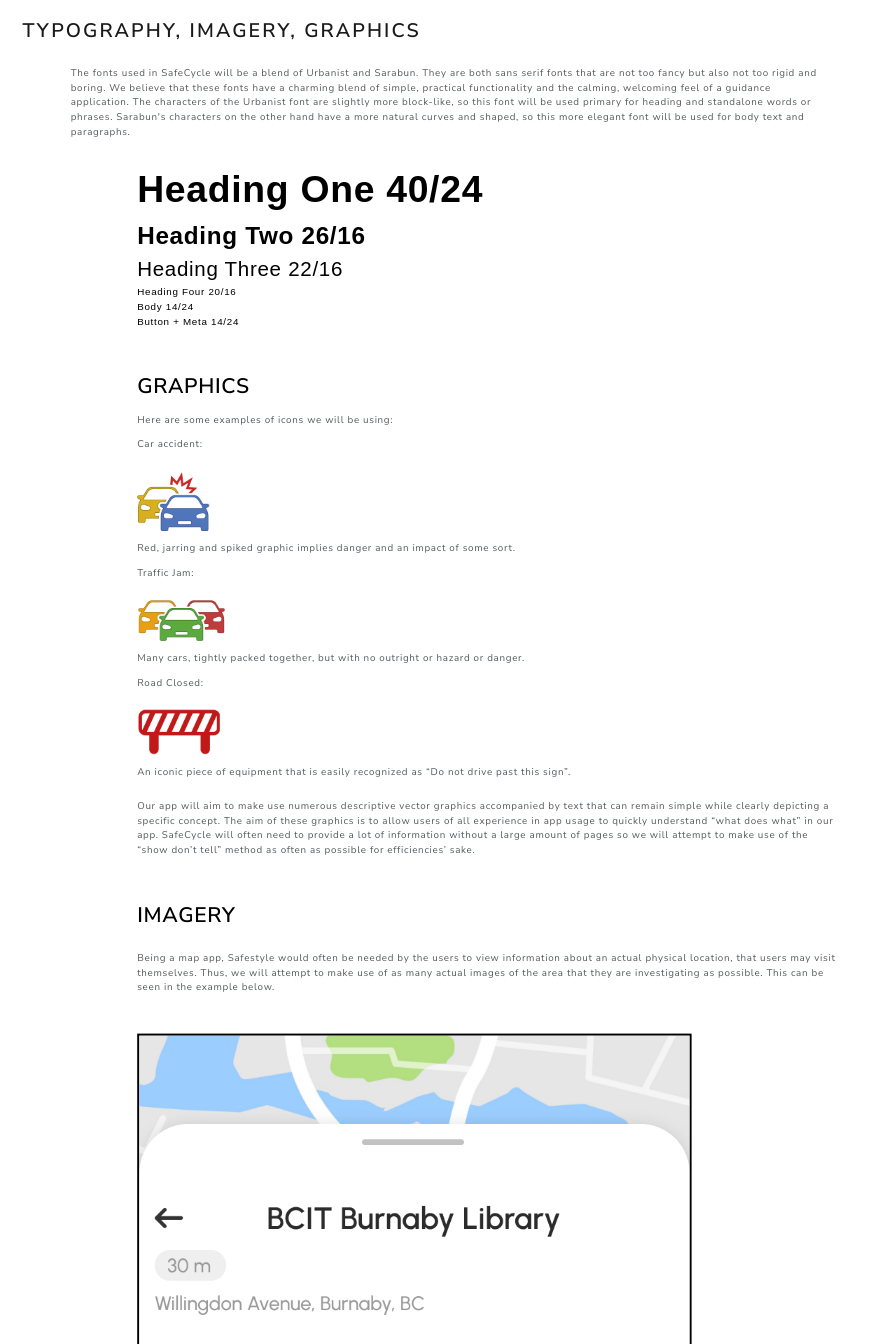
Repository: Aladdin3r/safecycle-styleguide
Page: /
The author's editor kept a copy of each file at every save. The page is drawn from the files as they stood at one save, then again after the next save.
The browser window is 1280 px wide. The pictures show the part of the page from y = 2491 to 4411 px (the page is 5808 px tall), at 70% of full size.
The project was rebuilt for these pictures with package versions that can differ from the ones it lists, and the page was loaded fresh each time. The framework's server and built-in components were replaced by stand-ins that run in the browser. Also part of the build but not shown: next.config.mjs.

Above is the page before, as saved 2024-04-09 22:50:05.

After the next save:
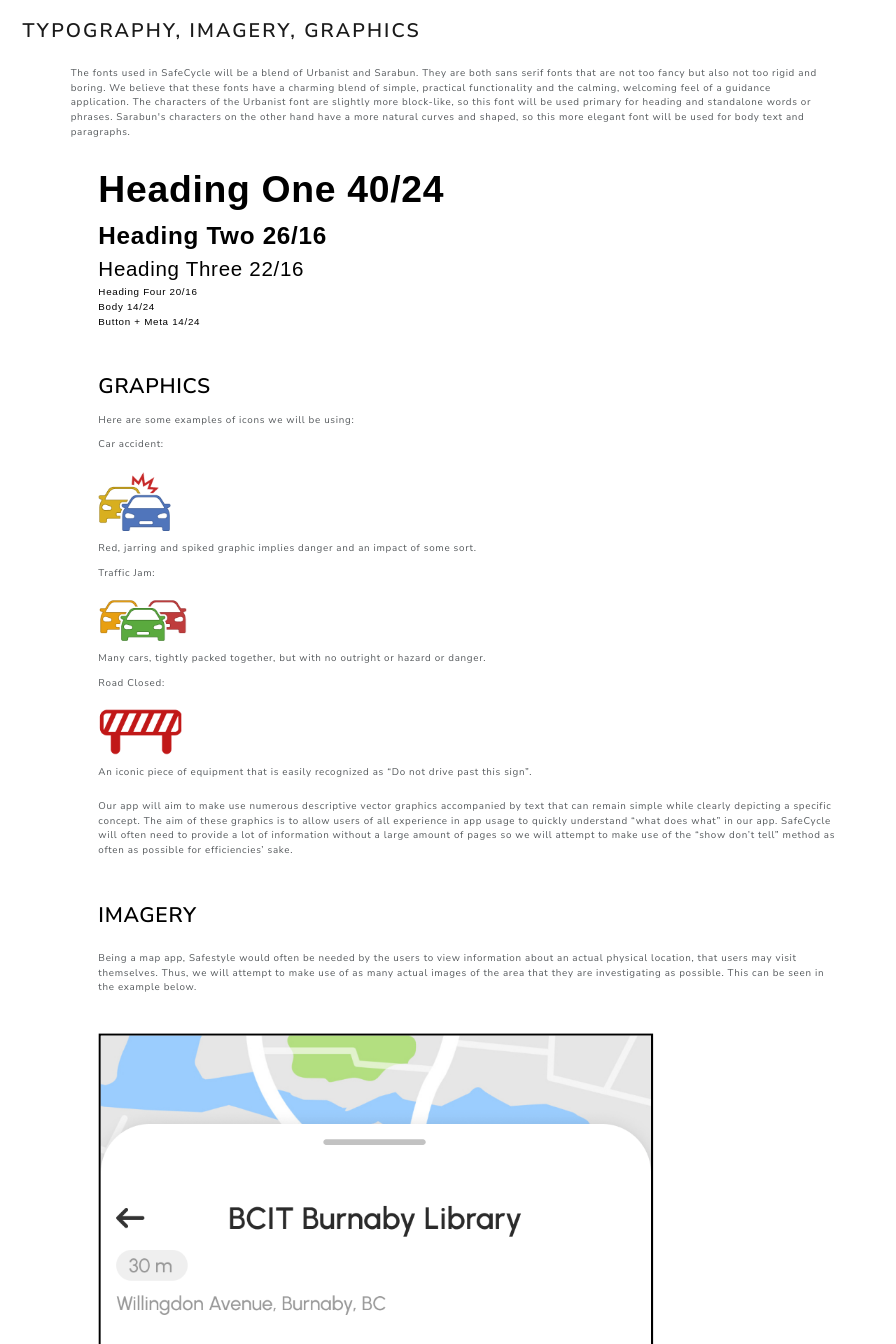
Saved 95 s later.
--- a/styles/Home.module.css
+++ b/styles/Home.module.css
@@ -12,7 +12,7 @@
 
 .typo_desc{
   /* margin-left: -14.5em; */
-  margin-left: 10%;
+  margin-left: 5%;
 
 }
 .h1Typo {
@@ -22,7 +22,7 @@
   font-weight: 900;
   color: black;
   /* margin-left: -4em; */
-  margin-left: 10%;
+  margin-left: 5%;
 }
 .h2Typo {
   font-family: "Urbanist", sans-serif;
@@ -31,7 +31,7 @@
   font-weight: 600;
   color: black;
   /* margin-left: -6em; */
-  margin-left: 10%;
+  margin-left: 5%;
 }
 .h3Typo {
   font-family: "Urbanist", sans-serif;
@@ -40,7 +40,7 @@
   font-weight: 500;
   color: black;
   /* margin-left: -7em; */
-  margin-left: 10%;
+  margin-left: 5%;
 }
 .h4Typo {
   font-family: "Urbanist", sans-serif;
@@ -49,7 +49,7 @@
   font-weight: 500;
   color: black;
   /* margin-left: -14.5em; */
-  margin-left: 10%;
+  margin-left: 5%;
 }
 
 .BodyTypo {
@@ -59,7 +59,7 @@
   color: black;
   font-size: 18;
   /* margin-left: -14.5em; */
-  margin-left: 10%;
+  margin-left: 5%;
 }
 .ButtonMetaTypo {
   font-family: "Sarabun", sans-serif;
@@ -68,12 +68,12 @@
   color: black;
   font-size: 18;
   /* margin-left: -14.5em; */
-  margin-left: 10%;
+  margin-left: 5%;
 }
 .graphicTitle{
   margin-top: 2em;
   /* margin-left: -7em; */
-  margin-left: 10%;
+  margin-left: 5%;
   font-weight: bold;
   font-size: 30px;
   color: black;
@@ -81,43 +81,43 @@
 .carCrash{
   margin-top: 2em;
   /* margin-left: -14em; */
-  margin-left: 10%;
+  margin-left: 5%;
 }
 
 .graphicDesc{
   margin-top: 1em;
   /* margin-left: -14em; */
-  margin-left: 10%;
+  margin-left: 5%;
 }
 
 .graphicName{
   margin-top: 1em;
   /* margin-left: -14em; */
-  margin-left: 10%;
+  margin-left: 5%;
 }
 
 .graphicExpl{
   margin-top: 2em;
   margin-bottom: 2em;
   /* margin-left: -14em; */
-  margin-left: 10%;
+  margin-left: 5%;
 }
 
 .traffic{
   margin-top: 2em;
   /* margin-left: -14em; */
-  margin-left: 10%;
+  margin-left: 5%;
 }
 
 .RoadClosed{
   margin-top: 2em;
   /* margin-left: -14em; */
-  margin-left: 10%;
+  margin-left: 5%;
 }
 
 .locationPage{
   margin-top: 2em;
     /* margin-left: -14em; */
-    margin-left: 10%;
+    margin-left: 5%;
     border: solid black;
 }
